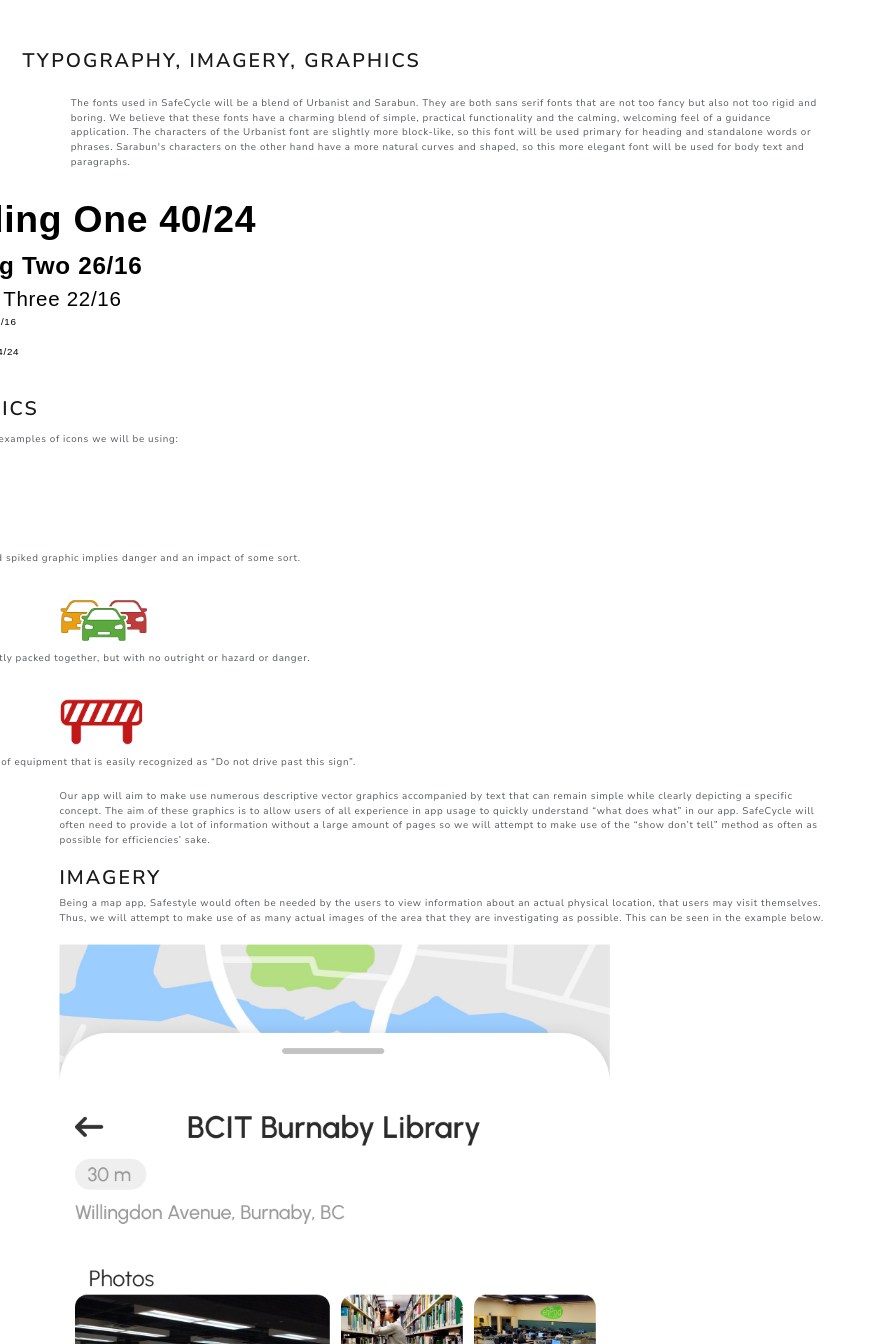
Repository: Aladdin3r/safecycle-styleguide
Page: /
The author's editor kept a copy of each file at every save. The page is drawn from the files as they stood at one save, then again after the next save.
The browser window is 1280 px wide. The pictures show the part of the page from y = 2448 to 4368 px (the page is 5632 px tall), at 70% of full size.
The project was rebuilt for these pictures with package versions that can differ from the ones it lists, and the page was loaded fresh each time. The framework's server and built-in components were replaced by stand-ins that run in the browser. Also part of the build but not shown: next.config.mjs.

Above is the page before, as saved 2024-04-09 22:32:58.

After the next save:
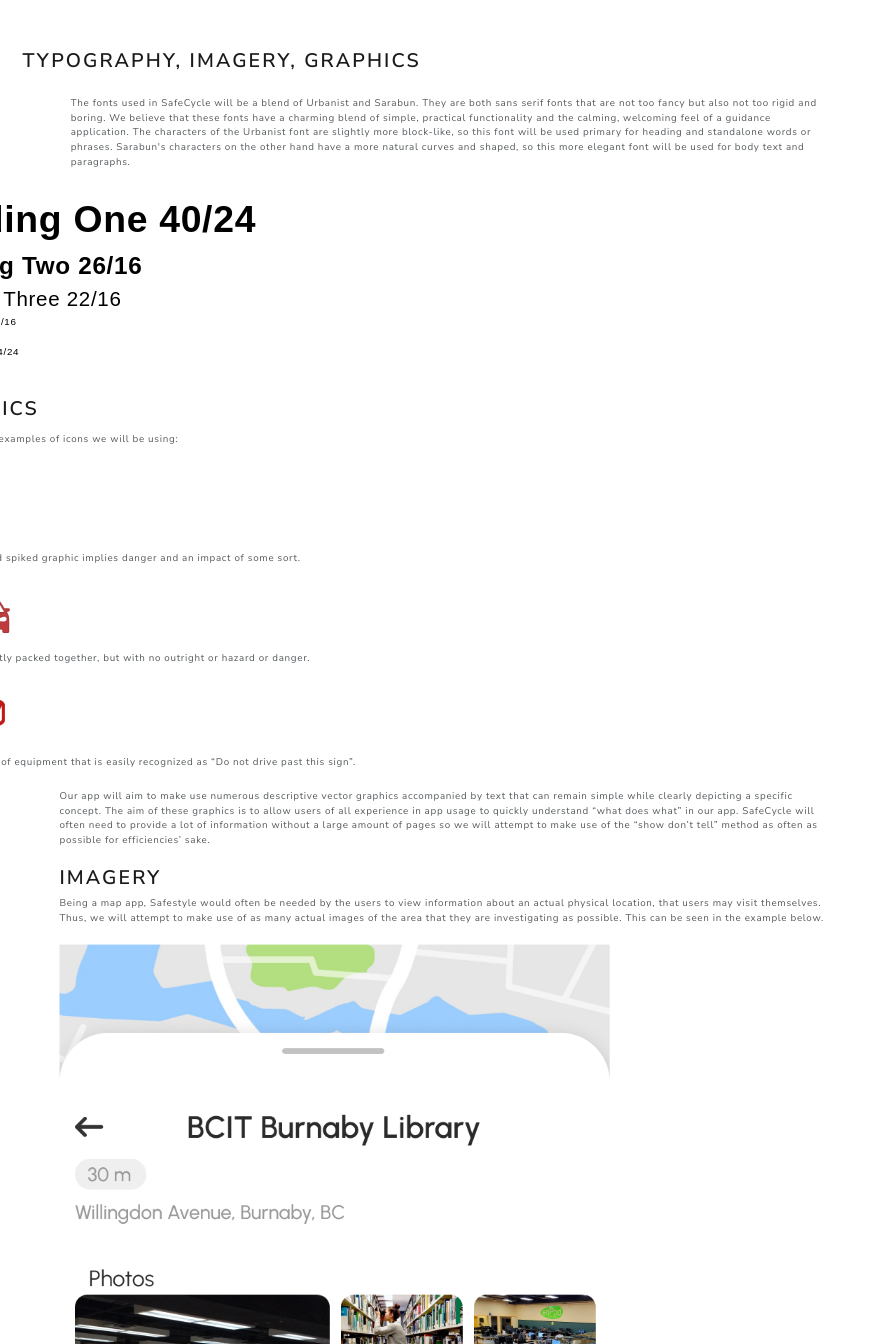
Saved 24 s later.
--- a/styles/Home.module.css
+++ b/styles/Home.module.css
@@ -89,10 +89,12 @@
 
 .traffic{
   margin-top: 1em;
+  margin-left: -14em;
 }
 
 .RoadClosed{
   margin-top: 1em;
+  margin-left: -14em;
 }
 
 .locationPage{
